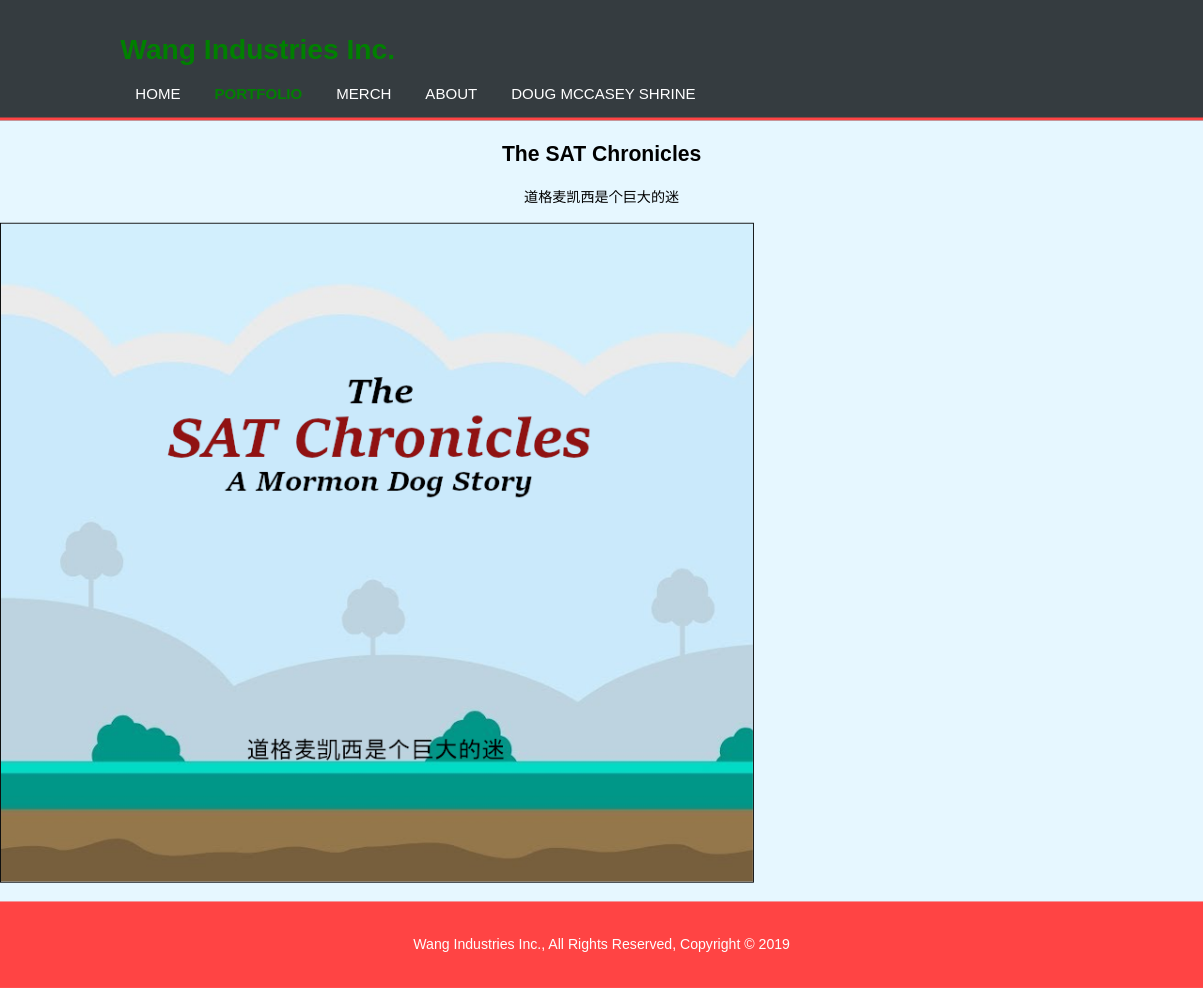
Repository: albert031/albert031.github.io
Page: projects/thesatchronicles.html
The author's editor kept a record of every edit. The page is drawn from the files as they stood at one moment, then again after the next edit.
The browser window is 1280 px wide. The pictures show the whole page, at 94% of full size.

Above is the page before.

After the next edit:
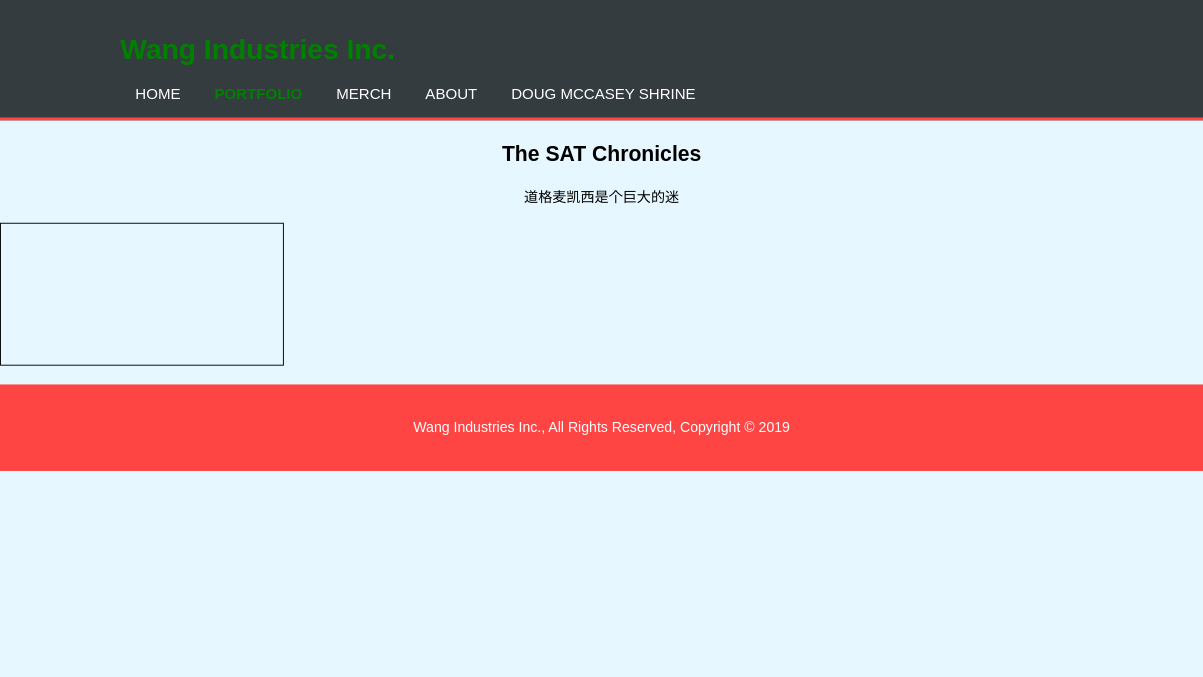
The edit:
--- a/projects/thesatchronicles.html
+++ b/projects/thesatchronicles.html
@@ -176,7 +176,9 @@
       }
 
     </script>
-    <canvas id="sketch" style="border: 1px solid black;"></canvas>
+    <div id=class-container>
+    <canvas id="sketch" align=center style="border: 1px solid black;"></canvas>
+    </div>
 
     <footer>
         <p>Wang Industries Inc., All Rights Reserved, Copyright &copy 2019</p>

After the 2 edits that followed:
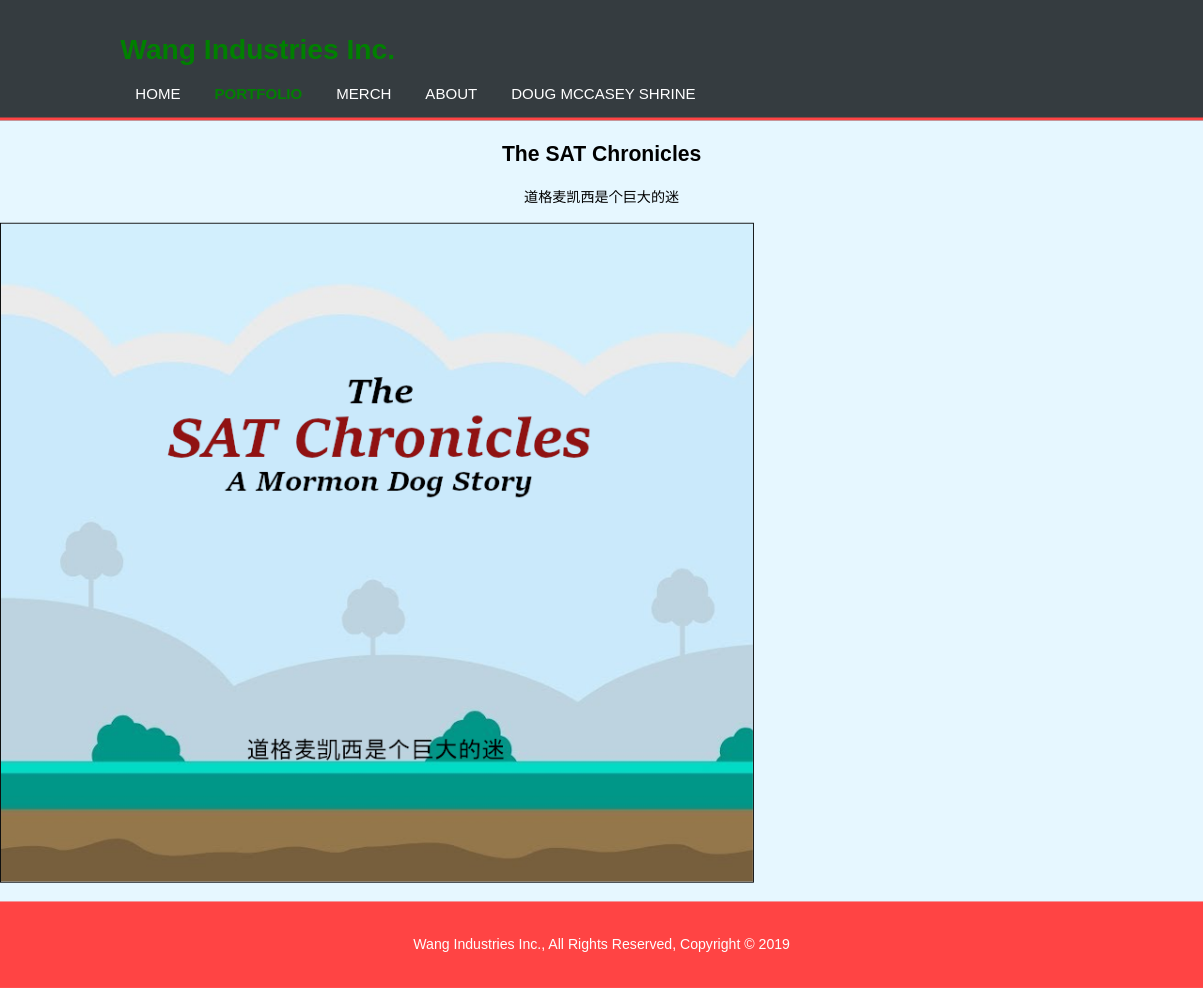
The 2 edits are shown as one change because 1 left the picture as it was.
The edit:
--- a/projects/thesatchronicles.html
+++ b/projects/thesatchronicles.html
@@ -176,10 +176,7 @@
       }
 
     </script>
-    <div id=class-container>
-    <canvas id="sketch" align=center style="border: 1px solid black;"></canvas>
-    </div>
-
+      <canvas id=canvas style="border: 1px solid black;"></canvas>
     <footer>
         <p>Wang Industries Inc., All Rights Reserved, Copyright &copy 2019</p>
     </footer>
